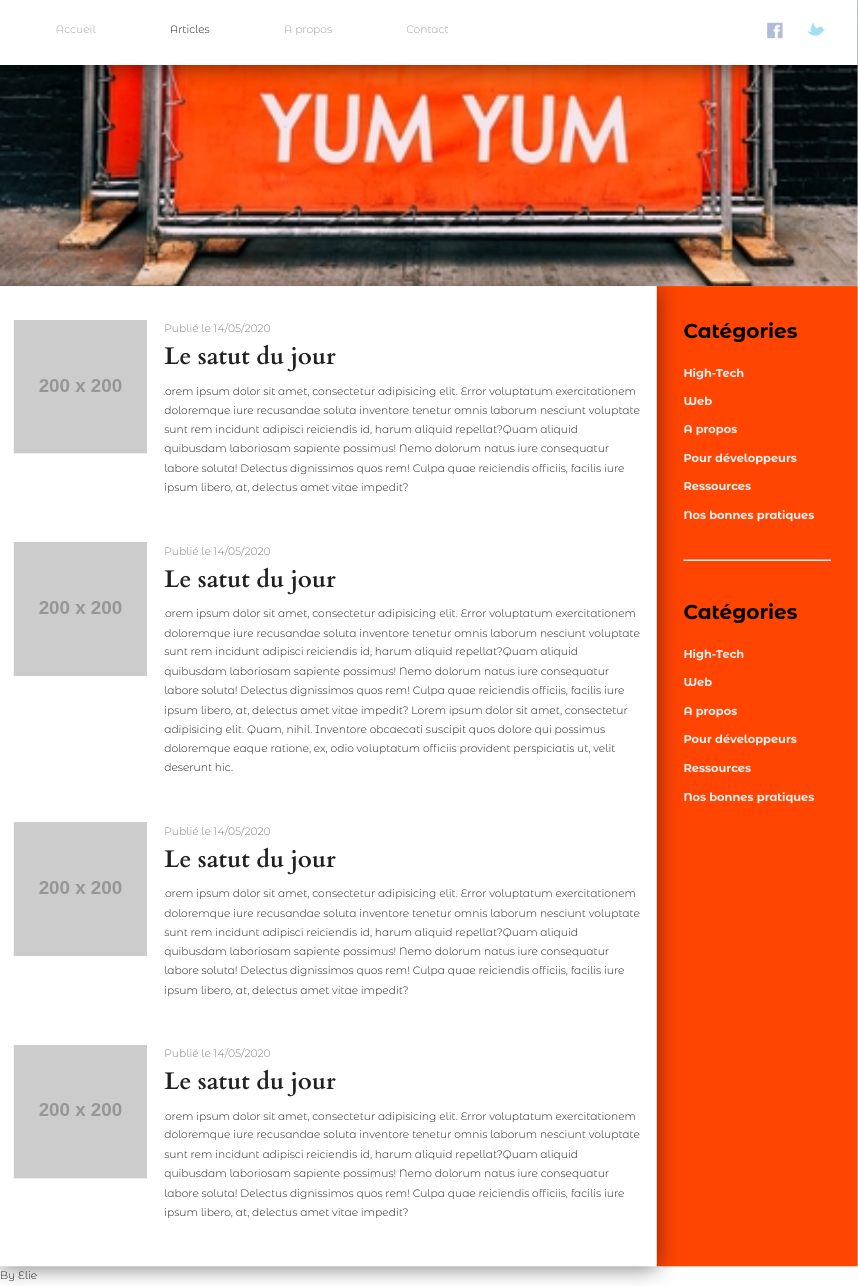
Repository: Elie-Dey/blog-train
Page: index.html
The author's editor kept a copy of each file at every save. The page is drawn from the files as they stood at one save, then again after the next save.
The browser window is 1280 px wide. The pictures show the whole page, at 67% of full size.

Above is the page before, as saved 2020-06-17 23:02:02.

### index.html
<!DOCTYPE html>
<html lang="en">
<head>
    <meta charset="UTF-8">
    <meta name="viewport" content="width=device-width, initial-scale=1.0">
    <link href="https://fonts.googleapis.com/css2?family=Cardo:wght@400;700&family=Montserrat+Alternates:wght@300;700&display=swap" rel="stylesheet">
    <link rel="stylesheet" href="style.css">
    <title>Mon blog</title>
</head>
<body>
    <header class="topbar">
        <nav>
            <a href="index.html">Accueil</a>
            <a href="articles.html" class="active"> Articles</a>
            <a href="about.html">A propos</a>
            <a href="apropos.html">Contact</a>
        </nav>
        <div class="social">
            <a href="#"> <img src="images/fb.png" alt="Facebook"></a>
            <a href="#"> <img src="images/twitter.png" alt="Twitter"></a>
        </div>
    </header>
    <div class="banniere"></div>
    <div class="body">
        <main class="main">
            <div class="container">
             <article class="article">
                 <a href="article.html" class="article-img"><img src="https://via.placeholder.com/200" alt="article-image"/> </a>
                  <div class="article-date">Publié le 14/05/2020</div>
                  <h2 class="article-title">  <a href="#">    Le satut du jour</a>  </h2>
                  <p>
                      Lorem ipsum dolor sit amet, consectetur adipisicing elit. Error voluptatum exercitationem doloremque iure recusandae soluta inventore tenetur omnis laborum nesciunt voluptate sunt rem incidunt adipisci reiciendis id, harum aliquid repellat?Quam aliquid quibusdam laboriosam sapiente possimus! Nemo dolorum natus iure consequatur labore soluta!
                      Delectus dignissimos quos rem! Culpa quae reiciendis officiis, facilis iure ipsum libero, at, delectus amet vitae impedit?
                  </p>
              </article>
              <article class="article">
                  <a href="article.html" class="article-img"><img src="https://via.placeholder.com/200" alt="article-image"/> </a>
                   <div class="article-date">Publié le 14/05/2020</div>
                   <h2 class="article-title">  <a href="#">    Le satut du jour</a>  </h2>
                   <p>
                       Lorem ipsum dolor sit amet, consectetur adipisicing elit. Error voluptatum exercitationem doloremque iure recusandae soluta inventore tenetur omnis laborum nesciunt voluptate sunt rem incidunt adipisci reiciendis id, harum aliquid repellat?Quam aliquid quibusdam laboriosam sapiente possimus! Nemo dolorum natus iure consequatur labore soluta!
                       Delectus dignissimos quos rem! Culpa quae reiciendis officiis, facilis iure ipsum libero, at, delectus amet vitae impedit?
                       Lorem ipsum dolor sit amet, consectetur adipisicing elit. Quam, nihil. Inventore obcaecati suscipit quos dolore qui possimus doloremque eaque ratione, ex, odio voluptatum officiis provident perspiciatis ut, velit deserunt hic.
                   </p>
               </article>
               <article class="article">
                  <a href="article.html" class="article-img"><img src="https://via.placeholder.com/200" alt="article-image"/> </a>
                   <div class="article-date">Publié le 14/05/2020</div>
                   <h2 class="article-title">  <a href="#">    Le satut du jour</a>  </h2>
                   <p>
                       Lorem ipsum dolor sit amet, consectetur adipisicing elit. Error voluptatum exercitationem doloremque iure recusandae soluta inventore tenetur omnis laborum nesciunt voluptate sunt rem incidunt adipisci reiciendis id, harum aliquid repellat?Quam aliquid quibusdam laboriosam sapiente possimus! Nemo dolorum natus iure consequatur labore soluta!
                       Delectus dignissimos quos rem! Culpa quae reiciendis officiis, facilis iure ipsum libero, at, delectus amet vitae impedit?
                   </p>
               </article>
               <article class="article">
                  <a href="article.html" class="article-img"><img src="https://via.placeholder.com/200" alt="article-image"/> </a>
                   <div class="article-date">Publié le 14/05/2020</div>
                   <h2 class="article-title">  <a href="#">    Le satut du jour</a>  </h2>
                   <p>
                       Lorem ipsum dolor sit amet, consectetur adipisicing elit. Error voluptatum exercitationem doloremque iure recusandae soluta inventore tenetur omnis laborum nesciunt voluptate sunt rem incidunt adipisci reiciendis id, harum aliquid repellat?Quam aliquid quibusdam laboriosam sapiente possimus! Nemo dolorum natus iure consequatur labore soluta!
                       Delectus dignissimos quos rem! Culpa quae reiciendis officiis, facilis iure ipsum libero, at, delectus amet vitae impedit?
                   </p>
               </article>
            </div>
         </main>

    <aside class="sidebar">
        <h4 class="sidebar-title">Catégories</h4>
        <ul>
            <li><a href="#">High-Tech</a></li>
            <li><a href="#">Web</a></li>
            <li><a href="#">A propos</a></li>
            <li><a href="#">Pour développeurs </a></li>
            <li><a href="#">Ressources</a></li>
            <li><a href="#">Nos bonnes pratiques</a></li>
        </ul>
        <hr>
        <h4 class="sidebar-title">Catégories</h4>
        <ul>
            <li><a href="#">High-Tech</a></li>
            <li><a href="#">Web</a></li>
            <li><a href="#">A propos</a></li>
            <li><a href="#">Pour développeurs</a></li>
            <li><a href="#">Ressources</a></li>
            <li><a href="#">Nos bonnes pratiques</a></li>
        </ul>


    </aside>
</div>
    <footer class="footer">
        By Elie
    </footer>
</body>
</html>

### style.css
/*
* Prefixed by https://autoprefixer.github.io
* PostCSS: v7.0.29,
* Autoprefixer: v9.7.6
* Browsers: last 4 version,ie > 8
*/

*{
    -webkit-box-sizing: border-box;
            box-sizing: border-box;
}
body, html
{
    margin: 0;
    font-size: 16px;
    font-family: 'Montserrat Alternates', sans-serif;
    color: rgba(0, 0, 0, .87);
    line-height: 1.8;

}
.topbar{

    position: fixed;
    top: 0;
    right: 0;
    left: 0;
    width: 100%;
    background-color: white;
    padding: 30px ;
    z-index: 3;
    font-family: 'Montserrat Alternates', sans-serif;
    font-weight: 700;
    -webkit-box-shadow: 0 4px 30px rgba(0, 0, 0, .5);
            box-shadow: 0 4px 30px rgba(0, 0, 0, .5);

}
.topbar nav{
    float: left;

}
.topbar nav a {
    color: #9f9f9f;
    text-decoration: none;
    font-weight: 500;
    padding: 0 53px;
}

.topbar nav a:hover , .topbar nav a.active{
    color:  rgba(0, 0, 0, .87);
}

 .social {
    float: right;
}

.social a
{
    padding: 0 12px;
    opacity: .4;
}
.social a:hover
{
    opacity: 1;
}

.banniere {
    height: 427px;
    background: no-repeat center center / cover url("images/banniere.jpg");
}
.body
{
    display: -webkit-box;
    display: -ms-flexbox;
    display: flex;
}
.main
{

    width: calc(100% - 300px);
    background: white;
    -webkit-box-shadow: 0 4px 30px rgba(0, 0, 0, .5);
            box-shadow: 0 4px 30px rgba(0, 0, 0, .5);
    position: relative;
    z-index: 2;


}
.sidebar
{

    background:rgb(255, 69, 1);
    width: 300px;
    padding: 40px;
    font-size: 17px;
    font-weight: 700;
    position: relative;
    z-index: 1;
}
.sidebar-title
{
    font-size: 30px;
    color: black;
    margin: 20px 0;
}
.sidebar a
{
    text-decoration: none;
    color: rgb(243, 241, 239);

}
.sidebar ul
{
    margin: 0;
    padding: 0;
    list-style: none;

}
.sidebar li
{
    padding: 6px 0;
}
.sidebar li:first-child
{
    padding-top: 0;
}

.sidebar li:last-child
{
    padding-bottom: 0;
}
.sidebar a:hover
{
    text-decoration: underline;
}

.sidebar hr
{
    border-color:none;
    background: white;
    height: 1px;
    margin: 50px 0;


}

.sidebar-title:first-child
{
    margin-top: 0;
}


.article
{
    position: relative;
    overflow: hidden;
    margin: 50px 0;
    padding-left: 225px;
    min-height: 225px;

}
.article p
{
    font-family: 'Montserrat Alternates', sans-serif;
    font-weight: 500;
}
.article p::first-letter
{
    font-size: 2px;
    font-weight: bold;
}
.container
{
    max-width: 940px;
    margin: 0 auto;
}
.article a
{
    color: inherit;
    text-decoration: none;
}
.article a:hover
{
    text-decoration: underline;
}
.article-img
{
    position: absolute;
    left: 0;
    top: 0;
    width: 200px;
    margin-right: 25px;
}
.article-title
 {
    font-size: 2.25rem;
    line-height: 1.2;
    font-family: "Cardo", serif;
    margin: 0 0 15px 0;
 }
.article-date
{
    font-weight: 300;
    color: rgba(0, 0, 0, .5);
    margin-bottom: 5px;
}
.article-img img
{
    width: 100%;
    height: auto;
}
.footer
{
    clear: both;
}

After the next save:
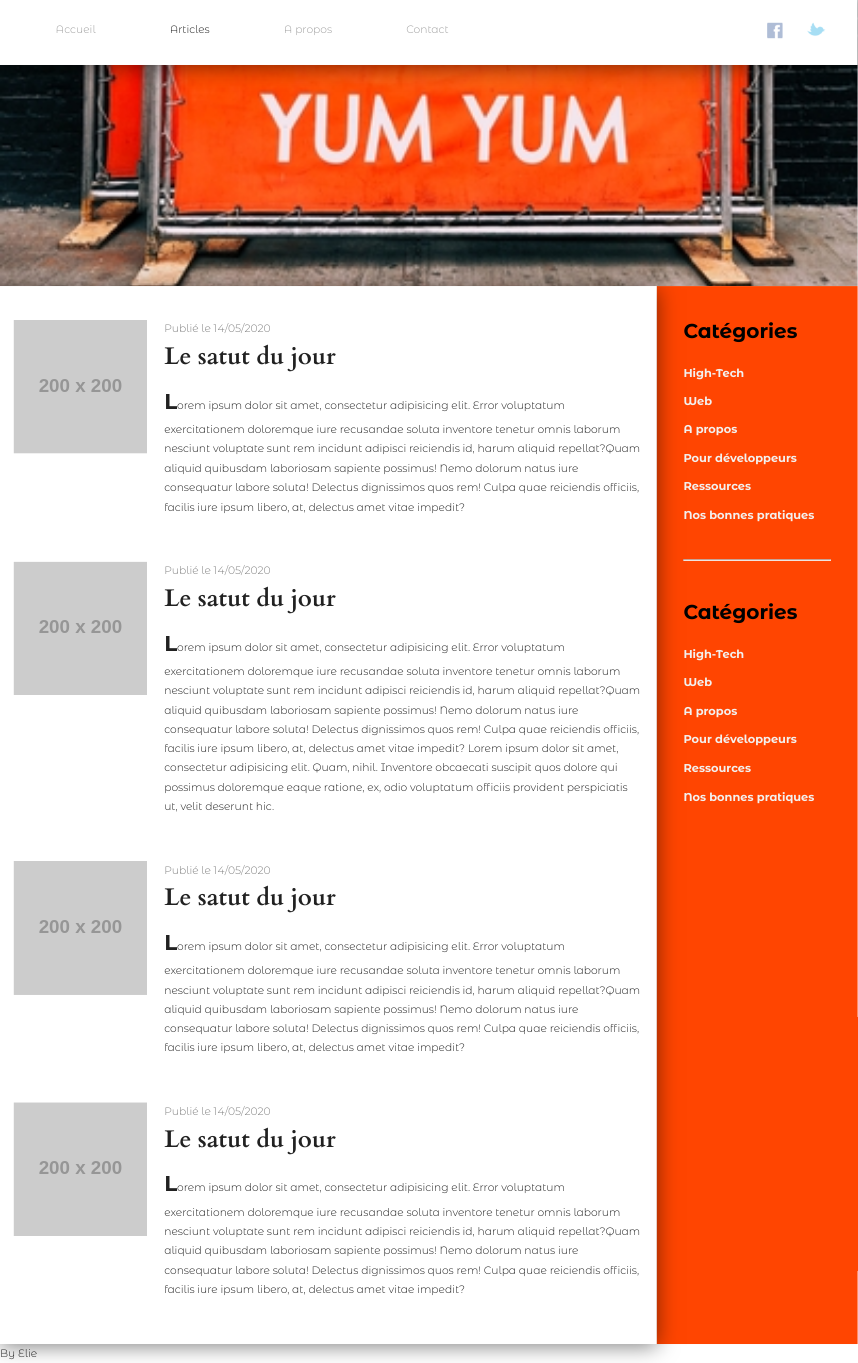
Saved 17 s later.
--- a/style.css
+++ b/style.css
@@ -165,7 +165,7 @@ body, html
 }
 .article p::first-letter
 {
-    font-size: 2px;
+    font-size: 2em;
     font-weight: bold;
 }
 .container
